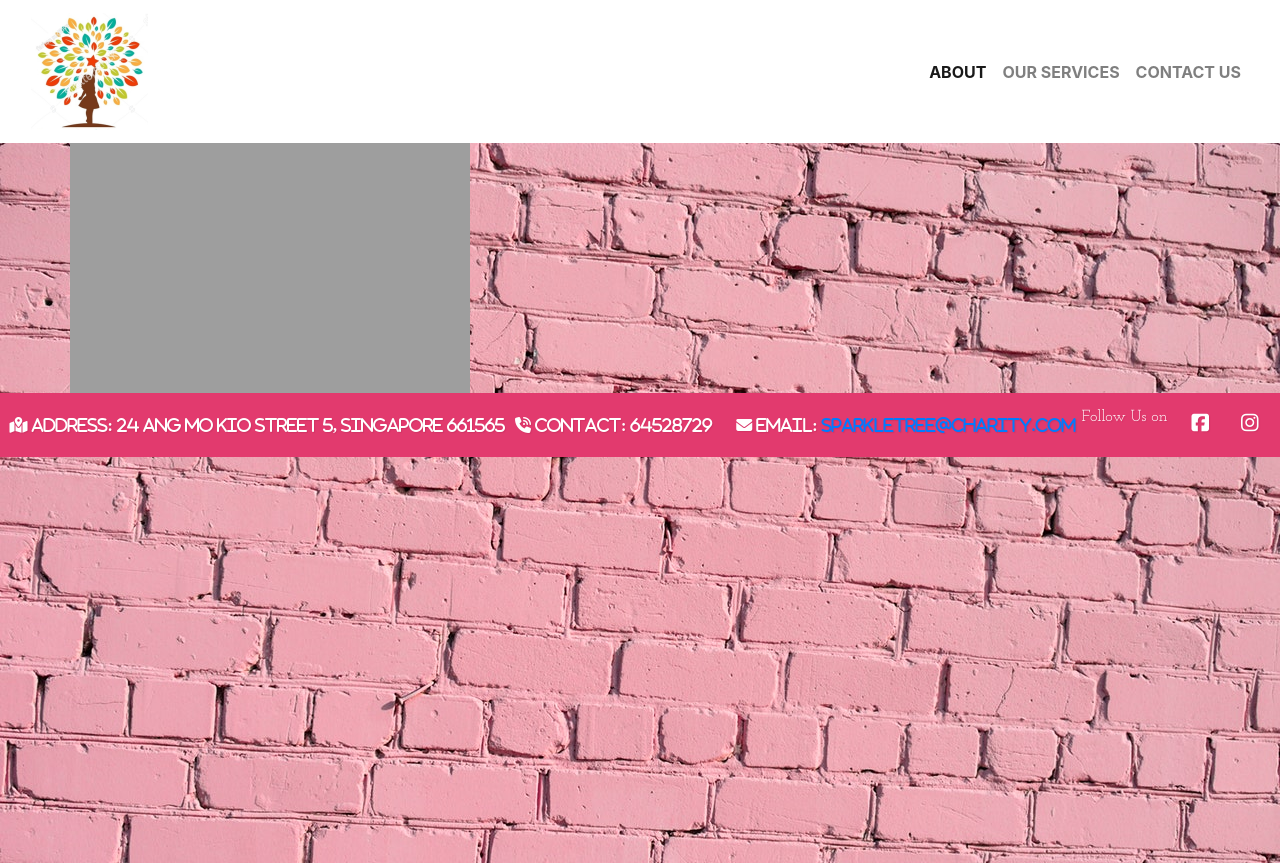
Repository: Code-Institute-Submissions/Jasonngyt-Project1
Page: enquiry.html
The author's editor kept a record of every edit. The page is drawn from the files as they stood at one moment, then again after the next edit.
The browser window is 1280 px wide. The pictures show the whole page.
Pictures or frames that could not be fetched are drawn as grey boxes. Some web fonts or font styles are not loaded; a fallback is used. Some web libraries are served in a nearby version.

Above is the page before.

After the next edit:
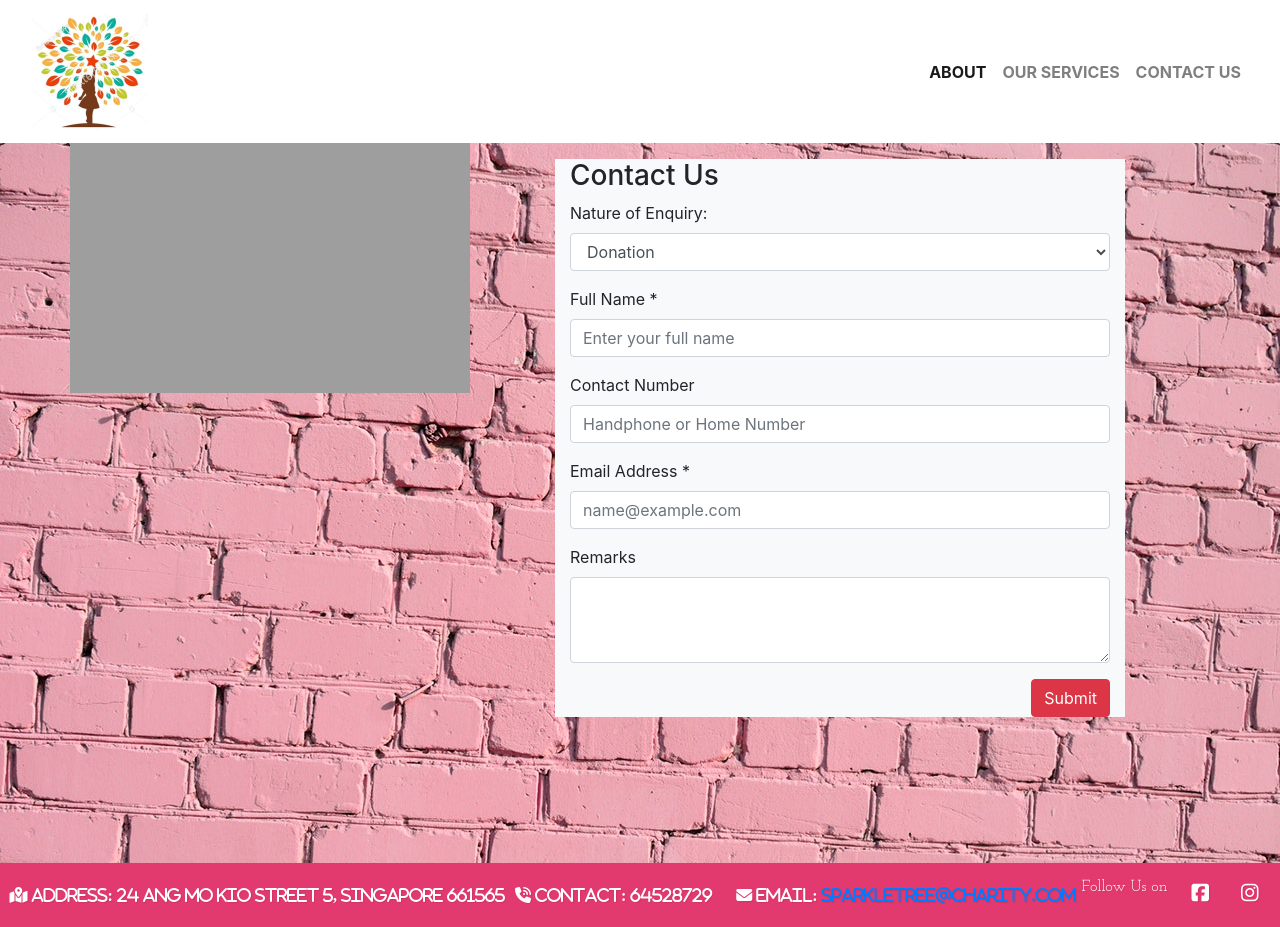
The edit:
--- a/enquiry.html
+++ b/enquiry.html
@@ -55,6 +55,40 @@
                 width="400" height="250" frameborder="0" allowfullscreen>
             </iframe>
 
+            <!-- Form -->
+            <div class="container col-md-6 bg-light mt-3 form_bg">
+                <div><h3> Contact Us </h3></div>
+                <form>
+                    <div class="form-group">
+                        <label for="EnquiryType">Nature of Enquiry: </label>
+                        <select class="form-control" id="EnquiryType">
+                            <option>Donation</option>
+                            <option>Volunter</option>
+                            <option>General Enquiries</option>
+                        </select>
+                    </div>
+                    <div class="form-group">
+                        <label for="formName">Full Name *</label>
+                        <input type="text" class="form-control" id="formName" placeholder="Enter your full name" required>
+                    </div>
+                     <div class="form-group">
+                        <label for="formContact">Contact Number</label>
+                        <input type="tel" class="form-control" id="formContact" placeholder="Handphone or Home Number">
+                    </div>
+                    <div class="form-group">
+                        <label for="formEmail">Email Address *</label>
+                        <input type="email" class="form-control" id="formEmail" placeholder="name@example.com" required>
+                    </div>
+                    <div class="form-group">
+                        <label for="formRemarks">Remarks</label>
+                        <textarea class="form-control" id="formRemarks" rows="3"></textarea>
+                    </div>
+                    <div align="right">
+                        <button type="submit" class="btn btn-danger">Submit</button>
+                    </div>
+                </form>
+            </div>
+        </div>
 
         </div>
     </div>
